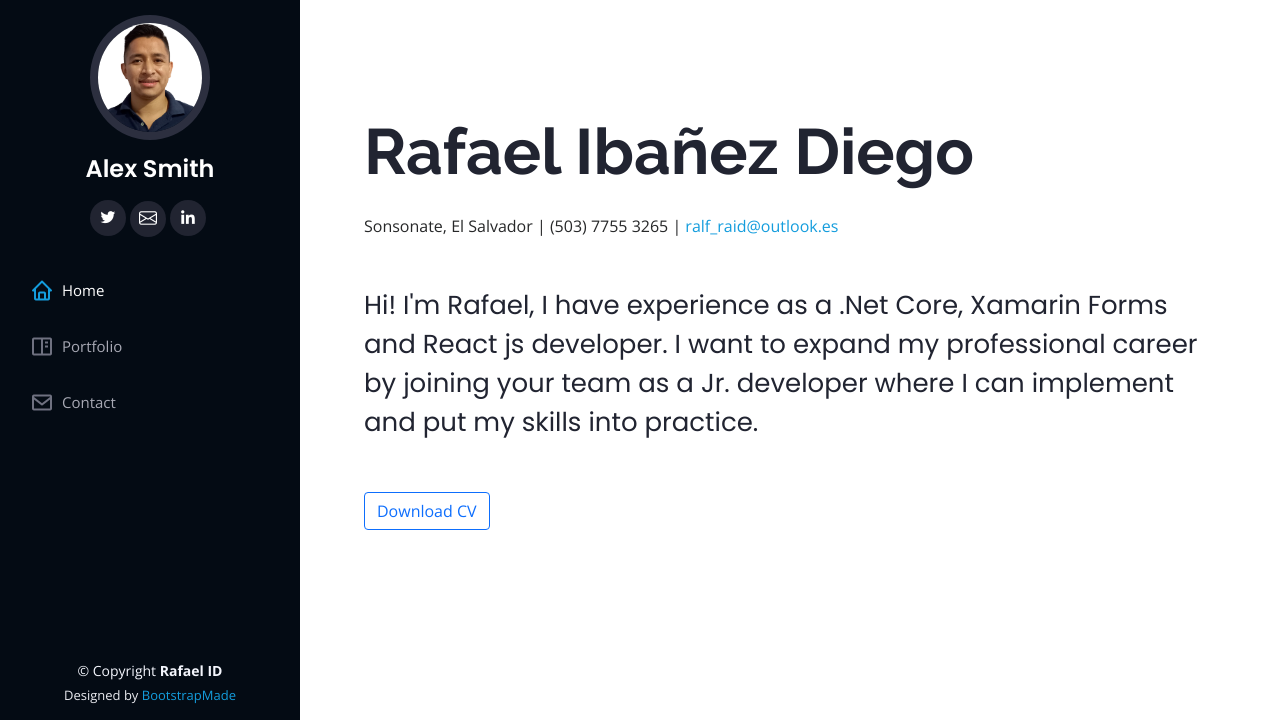
Repository: ralfId/myportfolio
Page: /
These files come from the project's save history. The page is drawn as it stood at one moment and after the next save; the edit follows.
The browser window is 1280 px wide. The pictures show the whole page.
The project was rebuilt for these pictures with package versions that can differ from the ones it lists, and the page was loaded fresh each time. Also part of the build but not shown: src/data/projects.js, src/components/Projects/ProjectItem.js, src/components/Projects/ProjectIndex.js, src/helpers/ProjectById.js, src/components/Projects/ProjectDetail.js.

Above is the page before, as saved 2021-09-20 16:06:30.

After the next save:
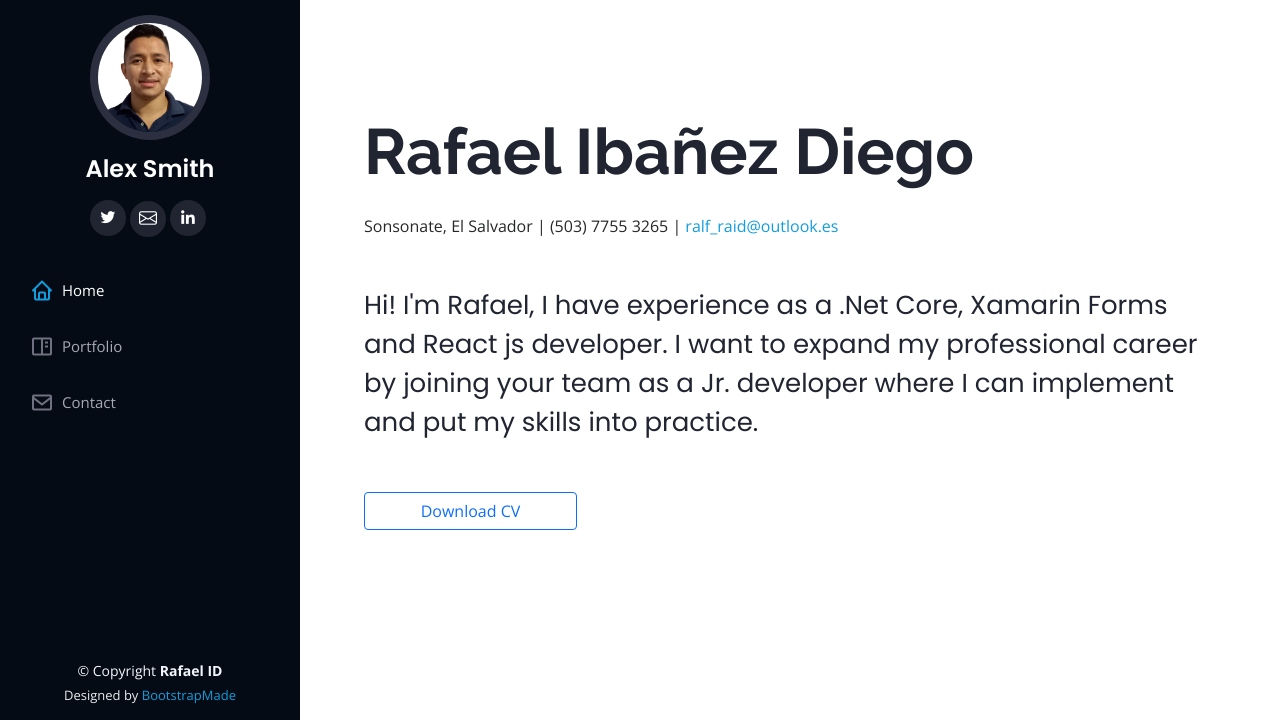
Saved 53 s later.
--- a/src/components/Home.js
+++ b/src/components/Home.js
@@ -22,7 +22,7 @@ export const Home = () => {
                         I want to expand my professional career by joining your team as a Jr. developer where
                         I can implement and put my skills into practice.
                     </p>
-                    <button className="btn btn-outline-primary">Download CV</button>
+                    <button className="col-md-3 btn btn-outline-primary">Download CV</button>
                 </div>
             </section>
         </>
